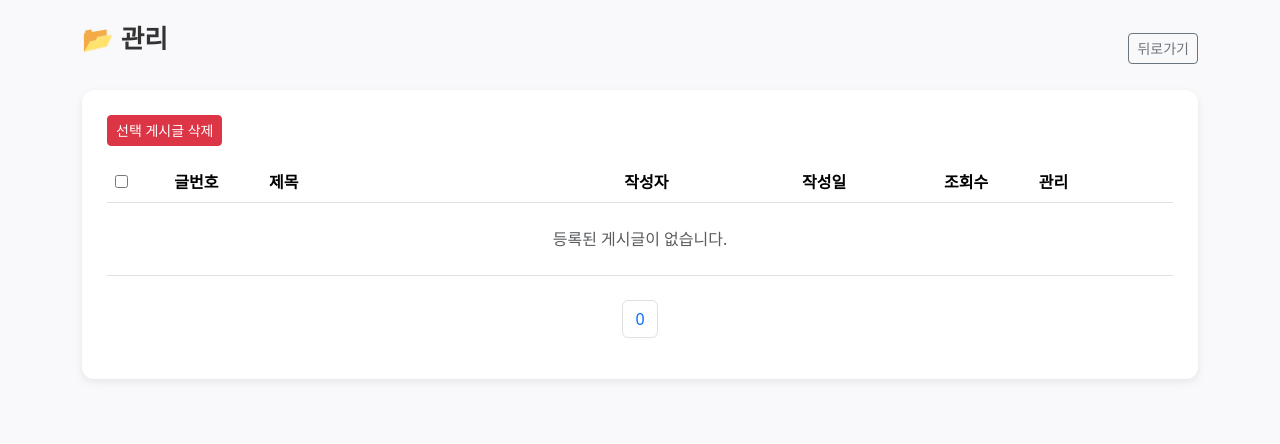
Repository: virtue5321/itgoupgo
Page: http://localhost/ITGOUPGO/WEB-INF/views/admin/postManage.jsp
The author's editor kept a copy of each file at every save. The page is drawn from the files as they stood at one save, then again after the next save.
The browser window is 1280 px wide. The pictures show the whole page.
The page is served by Tomcat 10. Nobody is signed in. Other server files are loaded and not shown. The template is opened directly, without the code that normally fills it, so the values that code supplies are empty.

Above is the page before, as saved 2025-10-30 06:47:41.

### ITGOUPGO/src/main/webapp/WEB-INF/views/admin/postManage.jsp
<%@ page language="java" contentType="text/html; charset=UTF-8" pageEncoding="UTF-8"%>
<%@ taglib prefix="c" uri="jakarta.tags.core" %>
<%-- memberManage.jsp에는 없었지만, 날짜 포맷팅을 위해 fmt 태그는 관리상 추가할 수 있습니다. --%>
<%@ taglib prefix="fmt" uri="http://java.sun.com/jsp/jstl/fmt" %>
<!DOCTYPE html>
<html lang="ko">
<head>
    <meta charset="UTF-8">
    <title>${boardName} 게시글 관리</title>

    <link rel="stylesheet" href="https://cdn.jsdelivr.net/npm/bootstrap@5.3.2/dist/css/bootstrap.min.css">

    <%-- 💡 memberManage.jsp에서 복사된 스타일 --%>
    <style>
        body {
            background-color: #f9f9fb;
        }
        .page-title {
            font-size: 1.6rem;
            font-weight: bold;
            margin-bottom: 1.2rem;
            color: #333;
        }
        .admin-card {
            background-color: #fff;
            border-radius: 12px;
            box-shadow: 0 3px 10px rgba(0,0,0,0.08);
            padding: 25px;
        }
        table th {
            background-color: #f3f4f6;
            font-weight: 600;
        }
        table td, th {
            vertical-align: middle;
        }
        .pagination {
            justify-content: center;
        }
        .back-btn {
            float: right;
        }
        /* 게시글 관리에 필요한 추가 스타일 (예: 버튼 묶음) */
        .action-cell {
             white-space: nowrap;
        }
    </style>
</head>
<body>
<div class="container my-4">

    <div class="d-flex justify-content-between align-items-center mb-3">
        <h2 class="page-title">📂 ${boardName} 관리</h2>
        <%-- 뒤로가기 링크는 기존 postManage.jsp의 것을 유지 --%>
        <a href="/community/admin/post" class="btn btn-outline-secondary btn-sm back-btn">뒤로가기</a>
    </div>

    <div class="admin-card">

        <%-- ✅ (memberManage.jsp 구조 반영) 대량 작업을 위한 Form --%>
        <form id="postActionForm" action="/community/admin/post/delete" method="post">

            <div class="d-flex justify-content-start mb-3">
                <button type="button" class="btn btn-danger btn-sm" onclick="submitPostAction('삭제')">
                    선택 게시글 삭제
                </button>
            </div>

            <table class="table table-hover align-middle">
                <thead>
                    <tr>
                        <%-- 체크박스 추가 (memberManage.jsp 스타일 적용) --%>
                        <th style="width:5%;"><input type="checkbox" id="selectAllCheckboxPost"></th>
                        <th style="width:8%;">글번호</th>
                        <th style="width:30%;">제목</th>
                        <th style="width:15%;">작성자</th>
                        <th style="width:12%;">작성일</th>
                        <th style="width:8%;">조회수</th>
                        <th style="width:12%;">관리</th>
                    </tr>
                </thead>
                <tbody>
                    <c:if test="${empty bbsList}">
                        <tr>
                            <td colspan="7" class="text-center text-muted py-4">
                                등록된 게시글이 없습니다.
                            </td>
                        </tr>
                    </c:if>

                    <c:forEach var="post" items="${bbsList}">
                        <tr>
                            <%-- 개별 게시글 선택 체크박스 --%>
                            <td><input type="checkbox" class="itemCheckboxPost" name="bbsNoList" value="${post.bbsNo}"></td>
                            <td>${post.bbsNo}</td>

                            <td class="text-start">
                                <a href="/community/admin/post/detail?bbsNo=${post.bbsNo}" class="text-dark text-decoration-none">
                                    ${post.bbsTitle}
                                </a>
                                <c:if test="${post.replyCount > 0}">
                                    <span class="badge text-bg-secondary ms-1">${post.replyCount}</span>
                                </c:if>
                            </td>

                            <td>${post.bbsWriter}</td>
                            <td>${post.createDate}</td>
                            <td>${post.bbsCount}</td>

                            <td class="action-cell">
                                <a href="/community/admin/post/edit?bbsNo=${post.bbsNo}" class="btn btn-outline-primary btn-sm me-1">수정</a>
                                <a href="/community/admin/post/delete?bbsNo=${post.bbsNo}" class="btn btn-outline-danger btn-sm"
                                   onclick="return confirm('${post.bbsNo}번 게시글을 정말 삭제하시겠습니까?');">삭제</a>
                            </td>
                        </tr>
                    </c:forEach>
                </tbody>
            </table>
        </form>

        <nav>
            <ul class="pagination mt-4">
                <c:if test="${pageInfo.currentPage > 1}">
                    <li class="page-item">
                        <a class="page-link" href="?currentPage=${pageInfo.currentPage - 1}">이전</a>
                    </li>
                </c:if>

                <c:forEach var="p" begin="${pageInfo.startPage}" end="${pageInfo.endPage}">
                    <li class="page-item ${p == pageInfo.currentPage ? 'active' : ''}">
                        <a class="page-link" href="?currentPage=${p}">${p}</a>
                    </li>
                </c:forEach>

                <c:if test="${pageInfo.currentPage < pageInfo.maxPage}">
                    <li class="page-item">
                        <a class="page-link" href="?currentPage=${pageInfo.currentPage + 1}">다음</a>
                    </li>
                </c:if>
            </ul>
        </nav>
    </div>
</div>

<script src="https://cdn.jsdelivr.net/npm/bootstrap@5.3.2/dist/js/bootstrap.bundle.min.js"></script>

<%-- 선택 삭제 기능용 스크립트 (기존 memberManage.jsp의 로직을 post에 맞게 수정) --%>
<script>
    // 1. 선택된 게시글 삭제를 처리하는 함수
    function submitPostAction(actionType) {
        const selectedCheckboxes = document.querySelectorAll('.itemCheckboxPost:checked');

        if (selectedCheckboxes.length === 0) {
            alert('선택된 게시글이 없습니다.');
            return;
        }

        if (confirm(`선택된 게시글 ${selectedCheckboxes.length}건을 정말 ${actionType} 처리하시겠습니까?`)) {
            const form = document.getElementById('postActionForm');
            form.action = '/community/admin/post/delete';
            form.method = 'post';
            form.submit();
        }
    }

    // 2. 체크박스 전체 선택/해제 기능
    document.addEventListener('DOMContentLoaded', (event) => {
        const selectAllCheckbox = document.getElementById('selectAllCheckboxPost');
        const itemCheckboxes = document.querySelectorAll('.itemCheckboxPost');

        selectAllCheckbox.addEventListener('change', function() {
            itemCheckboxes.forEach(checkbox => {
                checkbox.checked = this.checked;
            });
        });

        itemCheckboxes.forEach(checkbox => {
            checkbox.addEventListener('change', () => {
                const checkedItems = document.querySelectorAll('.itemCheckboxPost:checked').length;
                if (!checkbox.checked) {
                    selectAllCheckbox.checked = false;
                } else if (checkedItems === itemCheckboxes.length) {
                    selectAllCheckbox.checked = true;
                }
            });
        });
    });
 </script>
</body>
</html>

After the next save:
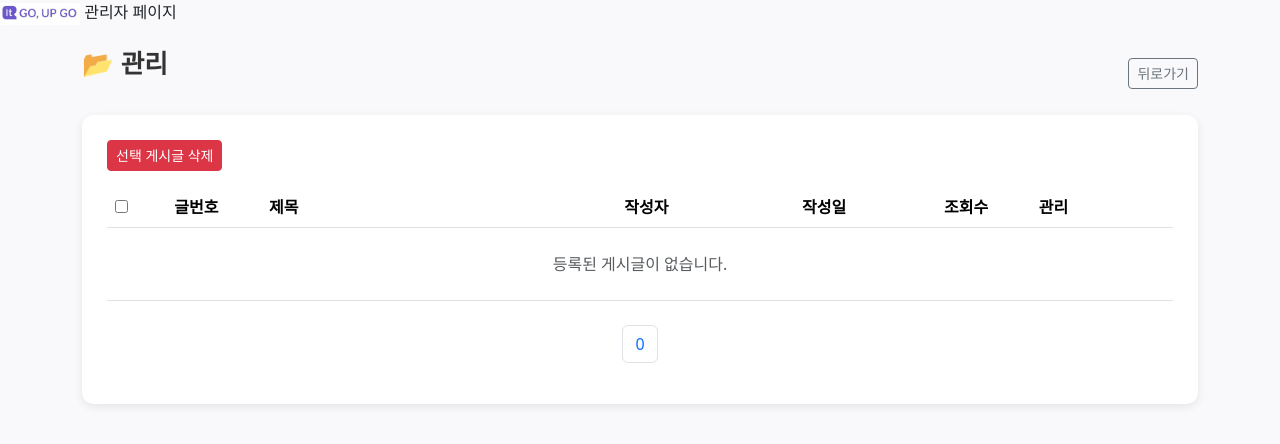
Saved 34 s later.
--- a/ITGOUPGO/src/main/webapp/WEB-INF/views/admin/postManage.jsp
+++ b/ITGOUPGO/src/main/webapp/WEB-INF/views/admin/postManage.jsp
@@ -47,6 +47,12 @@
     </style>
 </head>
 <body>
+<header>
+    <div class="logo">
+      <img src="<c:url value="/resources/images/logo1.PNG" />" width="80">
+      관리자 페이지
+    </div>
+  </header>
 <div class="container my-4">
 
     <div class="d-flex justify-content-between align-items-center mb-3">
